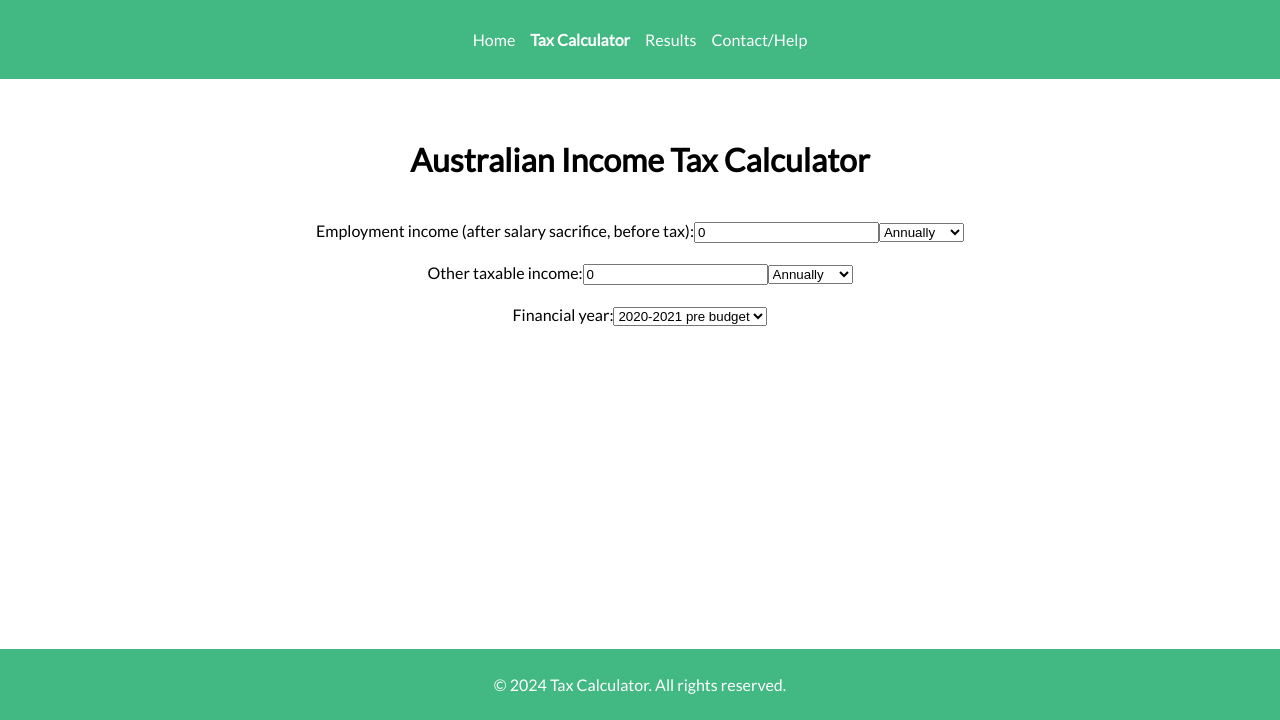
Repository: Tracy-maker/tax_calculator
Page: /calculator
The author's editor kept a copy of each file at every save. The page is drawn from the files as they stood at one save, then again after the next save.
The browser window is 1280 px wide. The pictures show the whole page.
The project was rebuilt for these pictures with package versions that can differ from the ones it lists, and the page was loaded fresh each time. Also part of the build but not shown: vite.config.js, src/components/page/HomePage.vue, src/components/page/ResultPage.vue, src/components/page/ContactHelp.vue.

Above is the page before, as saved 2024-06-27 22:12:03.

### index.html
<!doctype html>
<html lang="en">
  <head>
    <meta charset="UTF-8" />
    <link rel="icon" href="src/assets/logo.svg" />
    <meta name="viewport" content="width=device-width, initial-scale=1.0" />
    <title>Tax Calculator</title>
  </head>
  <body>
    <div id="app"></div>
    <script type="module" src="/src/main.js"></script>
  </body>
</html>

### src/main.js
import './assets/main.css'
import { createApp } from 'vue'
import App from './App.vue'
import router from './router'

createApp(App).use(router).mount('#app')

### src/assets/main.css
@import url('https://fonts.googleapis.com/css?family=Lato&display=swap');

:root {
  --box-shadow: 0 1px 3px rgba(0, 0, 0, 0.12), 0 1px 2px rgba(0, 0, 0, 0.24);
}

* {
  box-sizing: border-box;
}

html,
body {
  height: 100%;
  margin: 0;
  padding: 0;
  font-family: 'Lato', sans-serif;
}

#app {
  display: flex;
  flex-direction: column;
  min-height: 100vh;
}

header {
  background-color: #42b983;
  padding: 30px;
  color: white;
}

nav {
  display: flex;
  justify-content: center;
  gap: 15px;
  flex-wrap: wrap;
}

nav a {
  color: white;
  text-decoration: none;
  cursor: pointer;
}

nav a.router-link-exact-active {
  font-weight: bold;
}

main {
  flex: 1;
  padding: 20px;
}
.start-calculation {
  display: inline-block;
  margin-top: 20px;
  padding: 10px 20px;
  background-color: #42b983;
  color: white;
  text-decoration: none;
  border-radius: 5px;
  box-shadow: var(--box-shadow);
  transition: background-color 0.3s;
}
footer {
  justify-content: center;
  align-items: center;
  text-align: center;
  padding: 10px;
  background-color: #42b983;
  color: white;
  display: flex;
}

.home,
.calculator,
.results,
.contact-help {
  display: flex;
  flex-direction: column;
  justify-content: center;
  align-items: center;
  min-height: auto;
  position: relative;
  overflow: hidden;
  padding: 20px;
  text-align: center;
}

.start-calculation {
  display: inline-block;
  margin-top: 20px;
  padding: 10px 20px;
  background-color: #42b983;
  color: white;
  text-decoration: none;
  border-radius: 5px;
  box-shadow: var(--box-shadow);
}

.start-calculation:hover {
  background-color: #369963;
}

.modal {
  position: fixed;
  top: 0;
  left: 0;
  width: 100%;
  height: 100%;
  background-color: rgba(0, 0, 0, 0.5);
  display: flex;
  justify-content: center;
  align-items: center;
}

.modal-content {
  background-color: white;
  padding: 20px;
  border-radius: 5px;
  text-align: center;
}

.close {
  position: absolute;
  top: 10px;
  right: 10px;
  cursor: pointer;
}

.share-buttons {
  display: flex;
  flex-direction: column;
  gap: 10px;
}

@media (max-width: 768px) {
  .home,
  .calculator,
  .results,
  .contact-help {
    padding: 10px;
  }

  header {
    text-align: center;
  }

  nav {
    flex-direction: row;
    gap: 10px;
  }

  main {
    padding: 10px;
  }

  footer {
    flex-direction: column;
  }
}

@media (max-width: 480px) {
  .home,
  .calculator,
  .results,
  .contact-help {
    padding: 5px;
  }

  .start-calculation {
    width: 100%;
    text-align: center;
  }
}

### src/App.vue
<template>
  <div id="app">
    <header>
      <nav>
        <router-link to="/">Home</router-link>
        <router-link to="/calculator">Tax Calculator</router-link>
        <router-link to="/results">Results</router-link>
        <router-link to="/contact">Contact/Help</router-link>
      </nav>
    </header>
    <main>
      <router-view></router-view>
    </main>
    <footer>
      <p>&copy; 2024 Tax Calculator. All rights reserved.</p>
    </footer>
  </div>
</template>

<script lang="ts">
import { defineComponent } from 'vue'

export default defineComponent({
  name: 'App'
})
</script>

### src/router.js
import { createRouter, createWebHistory } from 'vue-router'
import HomePage from './components/page/HomePage.vue'
import TaxCalculator from './components/page/TaxCalculator.vue'
import ResultPage from './components/page/ResultPage.vue'
import ContactHelp from './components/page/ContactHelp.vue'

const routes = [
  { path: '/', name: 'Home', component: HomePage },
  { path: '/calculator', name: 'Calculator', component: TaxCalculator },
  { path: '/results', name: 'Results', component: ResultPage },
  { path: '/contact', name: 'Contact', component: ContactHelp }
]

const router = createRouter({
  history: createWebHistory(),
  routes
})

export default router

### src/components/page/TaxCalculator.vue
<template>
  <div class="calculator">
    <h1>Australian Income Tax Calculator</h1>
    <div class="form-and-results">
      <form @submit.prevent class="form">
        <div class="form-group">
          <label for="employmentIncome"
            >Employment income (after salary sacrifice, before tax):</label
          >
          <input type="number" v-model="employmentIncome" id="employmentIncome" required />
          <select v-model="employmentFrequency" id="employmentFrequency">
            <option value="annually">Annually</option>
            <option value="monthly">Monthly</option>
            <option value="fortnightly">Fortnightly</option>
            <option value="weekly">Weekly</option>
          </select>
        </div>

        <div class="form-group">
          <label for="otherIncome">Other taxable income:</label>
          <input type="number" v-model="otherIncome" id="otherIncome" required />
          <select v-model="otherFrequency" id="otherFrequency">
            <option value="annually">Annually</option>
            <option value="monthly">Monthly</option>
            <option value="fortnightly">Fortnightly</option>
            <option value="weekly">Weekly</option>
          </select>
        </div>

        <div class="form-group">
          <label for="financialYear">Financial year:</label>
          <select v-model="financialYear" id="financialYear">
            <option value="2020-2021">2020-2021 pre budget</option>
            <!-- Add more financial years as needed -->
          </select>
        </div>
      </form>

      <div v-if="taxAmount !== null" class="results">
        <h2>The estimated tax on your taxable income is</h2>
        <p class="tax-amount">{{ taxAmount }}</p>

        <div class="summary">
          <h3>Summary</h3>
          <p><strong>Your taxable income:</strong> {{ totalIncome }}</p>
          <p><strong>Income tax payable:</strong> {{ taxAmount }}</p>
          <p><strong>Medicare levy payable:</strong> {{ medicareLevy }}</p>
          <p><strong>Your income after tax & Medicare levy:</strong> {{ incomeAfterTax }}</p>
          <p><strong>Your marginal tax rate:</strong> {{ marginalTaxRate }}%</p>
          <h4>This means for an annual income of {{ totalIncome }} you pay:</h4>
          <ul>
            <li>No tax on income between $1 - $18,200: $0</li>
            <li>19c for every dollar between $18,201 - $37,000: ${{ taxBrackets[1] }}</li>
            <li>32.5c for every dollar between $37,001 - $90,000: ${{ taxBrackets[2] }}</li>
            <li>37c for every dollar between $90,001 - $180,000: ${{ taxBrackets[3] }}</li>
            <li>45c for every dollar over $180,000: ${{ taxBrackets[4] }}</li>
          </ul>
        </div>
      </div>
    </div>
  </div>
</template>

<script lang="ts">
import { defineComponent, ref, watch, computed } from 'vue'

export default defineComponent({
  name: 'TaxCalculator',
  setup() {
    const employmentIncome = ref<number>(0)
    const employmentFrequency = ref<string>('annually')
    const otherIncome = ref<number>(0)
    const otherFrequency = ref<string>('annually')
    const financialYear = ref<string>('2020-2021')
    const taxAmount = ref<number | null>(null)
    const medicareLevy = ref<number>(0)
    const incomeAfterTax = ref<number>(0)
    const marginalTaxRate = ref<number>(0)
    const taxBrackets = ref<number[]>([0, 0, 0, 0, 0])

    const totalIncome = computed(() => {
      return employmentIncome.value + otherIncome.value
    })

    const calculateTax = () => {
      // Replace this with actual tax calculation logic
      // This is a placeholder for the logic to calculate tax based on income and frequencies
      const totalTaxableIncome = totalIncome.value // Placeholder logic
      taxAmount.value = totalTaxableIncome * 0.45 // Placeholder logic for tax amount
      medicareLevy.value = totalTaxableIncome * 0.02 // Placeholder logic for Medicare levy
      incomeAfterTax.value = totalTaxableIncome - taxAmount.value - medicareLevy.value // Placeholder logic
      marginalTaxRate.value = 45 // Placeholder logic for marginal tax rate
      taxBrackets.value = [
        0,
        totalTaxableIncome > 37000 ? 3572 : 0,
        totalTaxableIncome > 90000 ? 17225 : 0,
        totalTaxableIncome > 180000 ? 33900 : 0,
        totalTaxableIncome > 180000 ? (totalTaxableIncome - 180000) * 0.45 : 0
      ]
    }

    watch(
      [employmentIncome, employmentFrequency, otherIncome, otherFrequency, financialYear],
      () => {
        calculateTax()
      }
    )

    return {
      employmentIncome,
      employmentFrequency,
      otherIncome,
      otherFrequency,
      financialYear,
      taxAmount,
      medicareLevy,
      incomeAfterTax,
      marginalTaxRate,
      taxBrackets,
      totalIncome
    }
  }
})
</script>

<style scoped>
.calculator {
  display: flex;
  flex-direction: column;
  align-items: center;
  padding: 20px;
}

.form-and-results {
  display: flex;
  width: 100%;
  max-width: 1200px;
}

.form {
  flex: 1;
  padding: 20px;
}

.form-group {
  margin-bottom: 20px;
}

.results {
  flex: 1;
  padding: 20px;
  background-color: #f9f9f9;
}

.tax-amount {
  font-size: 2em;
  font-weight: bold;
  color: #333;
}

.summary {
  margin-top: 20px;
}

.summary h3,
.summary h4 {
  margin-bottom: 10px;
}

.summary ul {
  list-style-type: none;
  padding-left: 0;
}

.summary ul li {
  margin-bottom: 5px;
}
</style>

After the next save:
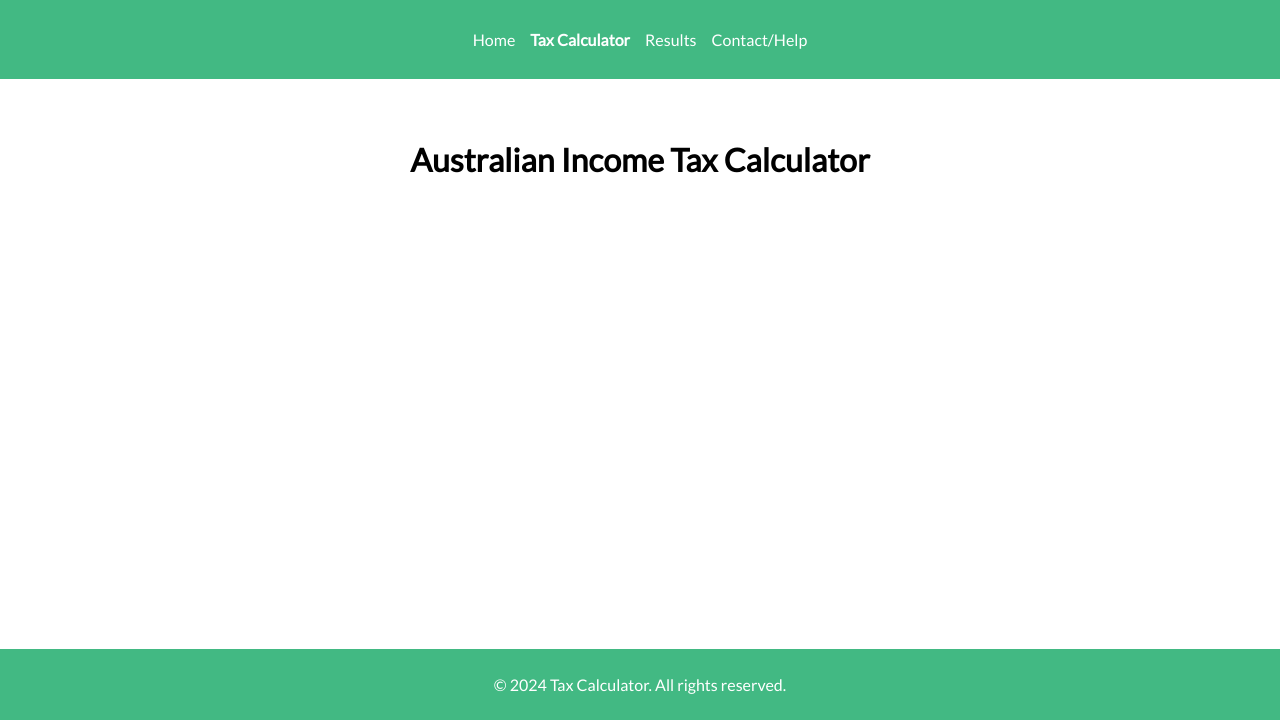
Saved 66 s later.
--- a/src/components/page/TaxCalculator.vue
+++ b/src/components/page/TaxCalculator.vue
@@ -2,126 +2,30 @@
   <div class="calculator">
     <h1>Australian Income Tax Calculator</h1>
     <div class="form-and-results">
-      <form @submit.prevent class="form">
-        <div class="form-group">
-          <label for="employmentIncome"
-            >Employment income (after salary sacrifice, before tax):</label
-          >
-          <input type="number" v-model="employmentIncome" id="employmentIncome" required />
-          <select v-model="employmentFrequency" id="employmentFrequency">
-            <option value="annually">Annually</option>
-            <option value="monthly">Monthly</option>
-            <option value="fortnightly">Fortnightly</option>
-            <option value="weekly">Weekly</option>
-          </select>
-        </div>
-
-        <div class="form-group">
-          <label for="otherIncome">Other taxable income:</label>
-          <input type="number" v-model="otherIncome" id="otherIncome" required />
-          <select v-model="otherFrequency" id="otherFrequency">
-            <option value="annually">Annually</option>
-            <option value="monthly">Monthly</option>
-            <option value="fortnightly">Fortnightly</option>
-            <option value="weekly">Weekly</option>
-          </select>
-        </div>
-
-        <div class="form-group">
-          <label for="financialYear">Financial year:</label>
-          <select v-model="financialYear" id="financialYear">
-            <option value="2020-2021">2020-2021 pre budget</option>
-            <!-- Add more financial years as needed -->
-          </select>
-        </div>
-      </form>
-
-      <div v-if="taxAmount !== null" class="results">
-        <h2>The estimated tax on your taxable income is</h2>
-        <p class="tax-amount">{{ taxAmount }}</p>
-
-        <div class="summary">
-          <h3>Summary</h3>
-          <p><strong>Your taxable income:</strong> {{ totalIncome }}</p>
-          <p><strong>Income tax payable:</strong> {{ taxAmount }}</p>
-          <p><strong>Medicare levy payable:</strong> {{ medicareLevy }}</p>
-          <p><strong>Your income after tax & Medicare levy:</strong> {{ incomeAfterTax }}</p>
-          <p><strong>Your marginal tax rate:</strong> {{ marginalTaxRate }}%</p>
-          <h4>This means for an annual income of {{ totalIncome }} you pay:</h4>
-          <ul>
-            <li>No tax on income between $1 - $18,200: $0</li>
-            <li>19c for every dollar between $18,201 - $37,000: ${{ taxBrackets[1] }}</li>
-            <li>32.5c for every dollar between $37,001 - $90,000: ${{ taxBrackets[2] }}</li>
-            <li>37c for every dollar between $90,001 - $180,000: ${{ taxBrackets[3] }}</li>
-            <li>45c for every dollar over $180,000: ${{ taxBrackets[4] }}</li>
-          </ul>
-        </div>
-      </div>
+      <UserInput
+        :employmentIncome="employmentIncome"
+        :employmentFrequency="employmentFrequency"
+        :otherIncome="otherIncome"
+        :otherFrequency="otherFrequency"
+        :financialYear="financialYear"
+        @update:employmentIncome="employmentIncome = $event"
+        @update:employmentFrequency="employmentFrequency = $event"
+        @update:otherIncome="otherIncome = $event"
+        @update:otherFrequency="otherFrequency = $event"
+        @update:financialYear="financialYear = $event"
+      />
+      <TaxResult
+        :employmentIncome="employmentIncome"
+        :otherIncome="otherIncome"
+        :taxAmount="taxAmount"
+        :medicareLevy="medicareLevy"
+        :incomeAfterTax="incomeAfterTax"
+        :marginalTaxRate="marginalTaxRate"
+        :taxBrackets="taxBrackets"
+      />
     </div>
   </div>
 </template>
-
-<script lang="ts">
-import { defineComponent, ref, watch, computed } from 'vue'
-
-export default defineComponent({
-  name: 'TaxCalculator',
-  setup() {
-    const employmentIncome = ref<number>(0)
-    const employmentFrequency = ref<string>('annually')
-    const otherIncome = ref<number>(0)
-    const otherFrequency = ref<string>('annually')
-    const financialYear = ref<string>('2020-2021')
-    const taxAmount = ref<number | null>(null)
-    const medicareLevy = ref<number>(0)
-    const incomeAfterTax = ref<number>(0)
-    const marginalTaxRate = ref<number>(0)
-    const taxBrackets = ref<number[]>([0, 0, 0, 0, 0])
-
-    const totalIncome = computed(() => {
-      return employmentIncome.value + otherIncome.value
-    })
-
-    const calculateTax = () => {
-      // Replace this with actual tax calculation logic
-      // This is a placeholder for the logic to calculate tax based on income and frequencies
-      const totalTaxableIncome = totalIncome.value // Placeholder logic
-      taxAmount.value = totalTaxableIncome * 0.45 // Placeholder logic for tax amount
-      medicareLevy.value = totalTaxableIncome * 0.02 // Placeholder logic for Medicare levy
-      incomeAfterTax.value = totalTaxableIncome - taxAmount.value - medicareLevy.value // Placeholder logic
-      marginalTaxRate.value = 45 // Placeholder logic for marginal tax rate
-      taxBrackets.value = [
-        0,
-        totalTaxableIncome > 37000 ? 3572 : 0,
-        totalTaxableIncome > 90000 ? 17225 : 0,
-        totalTaxableIncome > 180000 ? 33900 : 0,
-        totalTaxableIncome > 180000 ? (totalTaxableIncome - 180000) * 0.45 : 0
-      ]
-    }
-
-    watch(
-      [employmentIncome, employmentFrequency, otherIncome, otherFrequency, financialYear],
-      () => {
-        calculateTax()
-      }
-    )
-
-    return {
-      employmentIncome,
-      employmentFrequency,
-      otherIncome,
-      otherFrequency,
-      financialYear,
-      taxAmount,
-      medicareLevy,
-      incomeAfterTax,
-      marginalTaxRate,
-      taxBrackets,
-      totalIncome
-    }
-  }
-})
-</script>
 
 <style scoped>
 .calculator {
